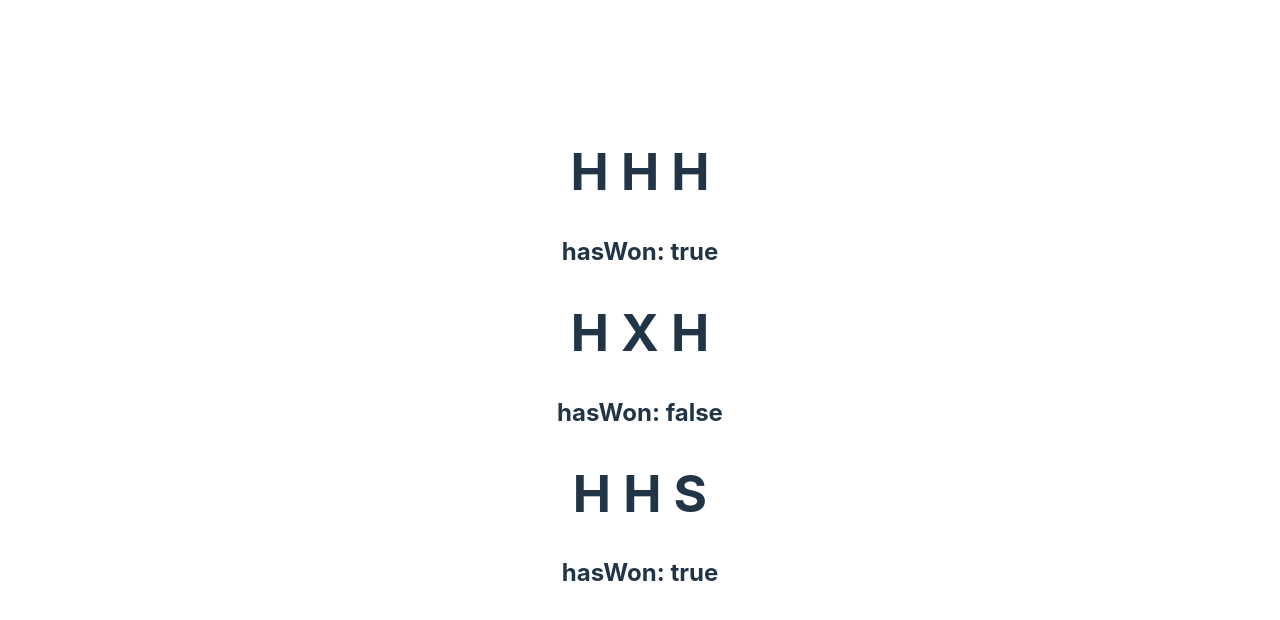
Repository: SmooothCriminal001/ReactLearning
Page: / (app in slot-machine-exercise/)
An editor plug-in stored every save of this project. The page is shown before and after the next save, followed by the edit.
The browser window is 1280 px wide. The pictures show the whole page.
The project was rebuilt for these pictures with package versions that can differ from the ones it lists, and the page was loaded fresh each time. Also part of the build but not shown: slot-machine-exercise/vite.config.js.

Above is the page before, as saved 2024-07-25 14:11:48.

### slot-machine-exercise/src/App.jsx
import './App.css'
import Slots from './Slots'

export default function App() {
  return (
    <div className="App">
      <Slots firstPull="H" secondPull="H" thirdPull="H"/>
      <Slots firstPull="H" secondPull="X" thirdPull="H"/>
      <Slots firstPull="H" secondPull="H" thirdPull="S"/>
    </div>
  );
}

### slot-machine-exercise/src/Slots.jsx
import "./Slots.css"

export default function Slots({ firstPull, secondPull, thirdPull}){
    const hasWon = firstPull === secondPull ? "true" : "false"
    return <>
        <h1>{firstPull} {secondPull} {thirdPull}</h1>
        <h2>hasWon: {hasWon}</h2>
    </>
}

Loaded but not shown: slot-machine-exercise/index.html (common file); slot-machine-exercise/src/main.jsx (common file); slot-machine-exercise/src/index.css (common file); slot-machine-exercise/src/App.css (common file); slot-machine-exercise/src/Slots.css (no stored copy; drawn as an empty file)

After the next save:
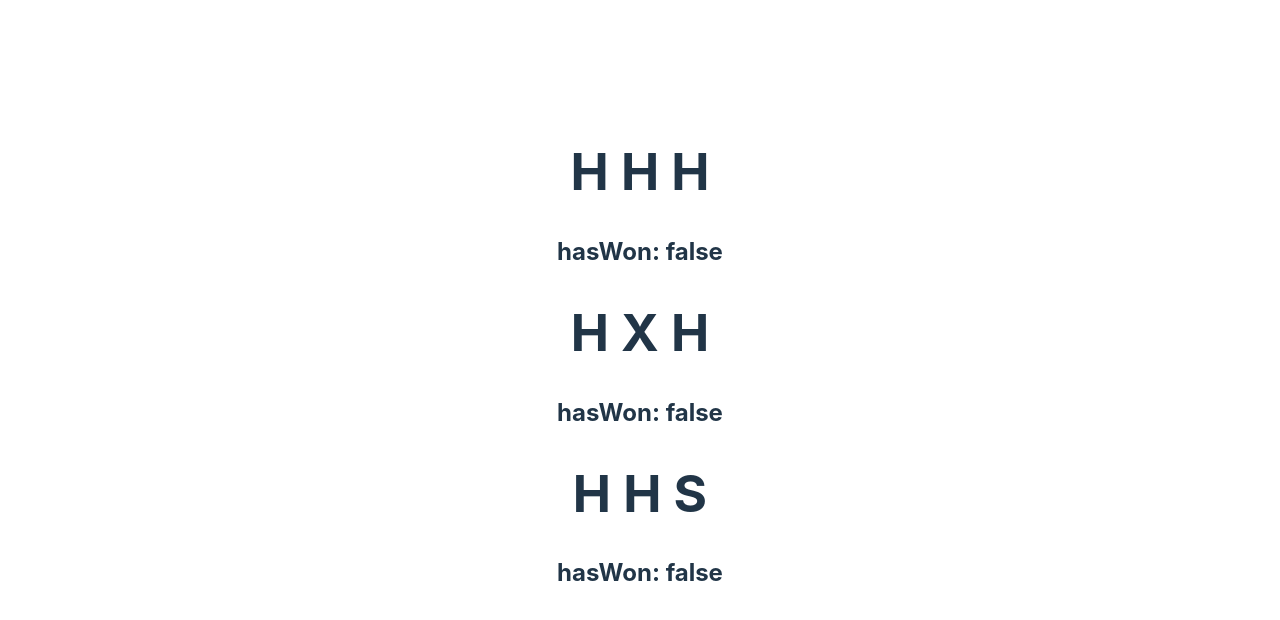
Saved 15 s later.
--- a/slot-machine-exercise/src/Slots.jsx
+++ b/slot-machine-exercise/src/Slots.jsx
@@ -1,7 +1,7 @@
 import "./Slots.css"
 
 export default function Slots({ firstPull, secondPull, thirdPull}){
-    const hasWon = firstPull === secondPull ? "true" : "false"
+    const hasWon = firstPull === secondPull === thirdPull ? "true" : "false"
     return <>
         <h1>{firstPull} {secondPull} {thirdPull}</h1>
         <h2>hasWon: {hasWon}</h2>

After the save that followed:
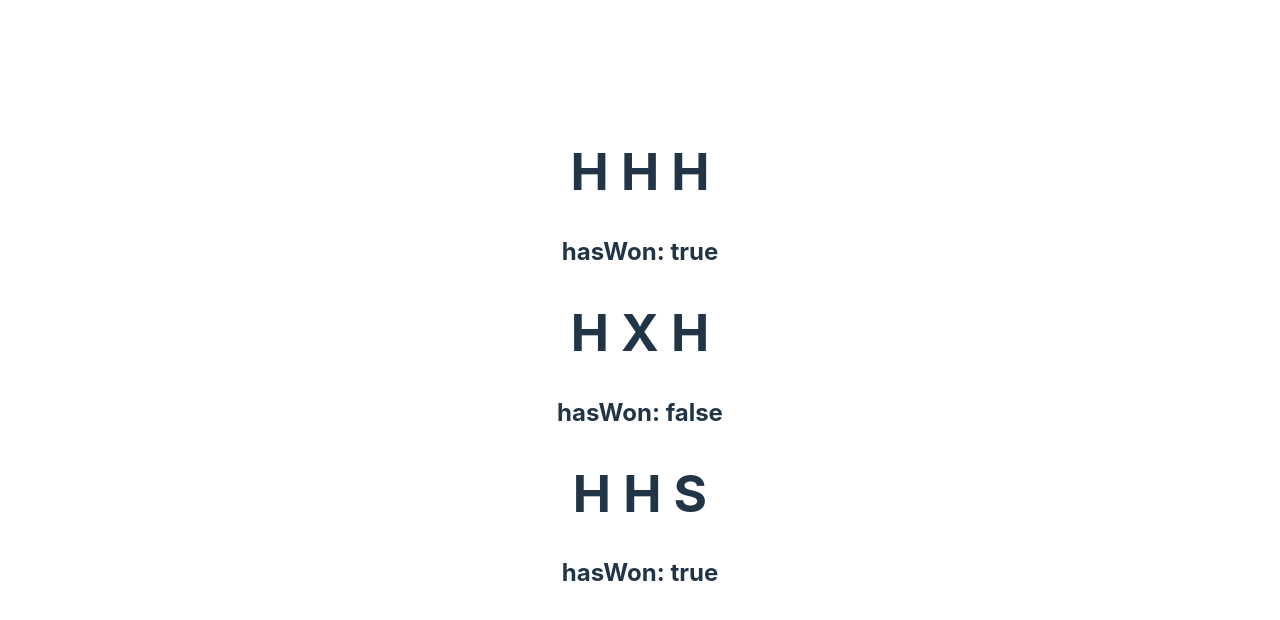
Saved 11 s later.
--- a/slot-machine-exercise/src/Slots.jsx
+++ b/slot-machine-exercise/src/Slots.jsx
@@ -1,7 +1,7 @@
 import "./Slots.css"
 
 export default function Slots({ firstPull, secondPull, thirdPull}){
-    const hasWon = firstPull === secondPull === thirdPull ? "true" : "false"
+    const hasWon = firstPull === secondPull ? "true" : "false"
     return <>
         <h1>{firstPull} {secondPull} {thirdPull}</h1>
         <h2>hasWon: {hasWon}</h2>
